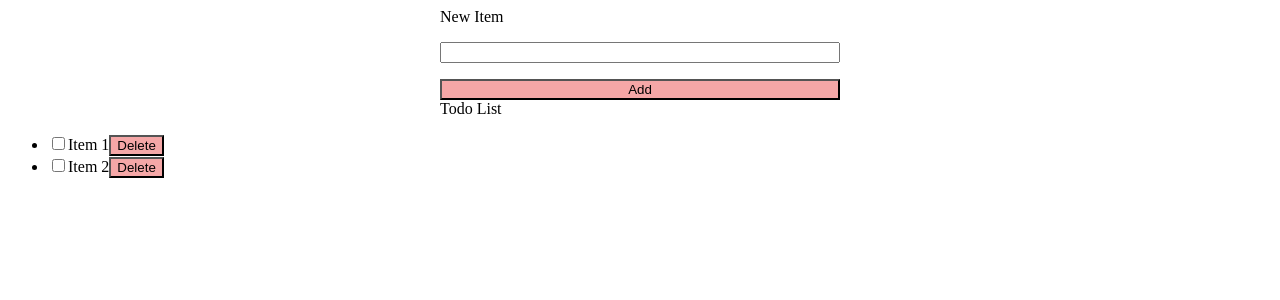
Repository: emmanuel2011-program/react-to-do-list
Page: /
An editor plug-in stored every save of this project. The page is shown before and after the next save, followed by the edit.
The browser window is 1280 px wide. The pictures show the whole page.
The project was rebuilt for these pictures with package versions that can differ from the ones it lists, and the page was loaded fresh each time. Also part of the build but not shown: vite.config.js.

Above is the page before, as saved 2025-11-03 10:03:52.

### index.html
<!doctype html>
<html lang="en">
  <head>
    <meta charset="UTF-8" />
    <link rel="icon" type="image/svg+xml" href="/vite.svg" />
    <meta name="viewport" content="width=device-width, initial-scale=1.0" />
    <title>react-to-do-list</title>
  </head>
  <body>
    <div id="root"></div>
    <script type="module" src="/src/main.jsx"></script>
  </body>
</html>

### src/App.jsx
import "./styles.css"

export default function App() {
  return (
    <>
  <form className="new-item-form">

      <label htmlFor="item">New Item</label>
      <input type="text" id="item" />
    <button className="btn">Add</button>
  </form>
  <hi className="header">Todo List</hi>
  <ul className="list">
    <li>
      <label>
        <input type="checkbox" />
        Item 1
      </label>
      <button className="btn btn-danger">Delete</button>
    </li>
    <li>
      <label>
        <input type="checkbox" />
        Item 2
      </label>
      <button className="btn btn-danger">Delete</button>
    </li>
  </ul>
  </>
)
}

### src/styles.css
/* Align the label above the input */
.new-item-form {
  display: flex;
  flex-direction: column;
  gap: 1rem; /* space between rows if you add more later */
  max-width: 400px;
  margin: 0 auto;
}

.btn {
    background-color: rgb(245, 167, 167);
}

.form-row {
  display: flex;
  flex-direction: column; /* 👈 stacks label above input */
}

.form-row label {
  margin-bottom: 6px;
  font-weight: 600;
  font-size: 0.95rem;
  color: var(--muted);
}

.form-row input {
  padding: 10px 12px;
  font-size: 1rem;
  border-radius: 8px;
  border: 1px solid #334155;
  background-color: #ecedf0;
  color: var(--text);
  outline: none;
  transition: border 0.2s ease, box-shadow 0.2s ease;
}

.form-row input:focus {
  border-color: var(--accent);
  box-shadow: 0 0 6px rgba(125, 211, 252, 0.4);
}
.header {
    display: flex;
  flex-direction: column;
  gap: 1rem; /* space between rows if you add more later */
  max-width: 400px;
  margin: 0 auto;
}

Loaded but not shown: src/main.jsx (common file)

After the next save:
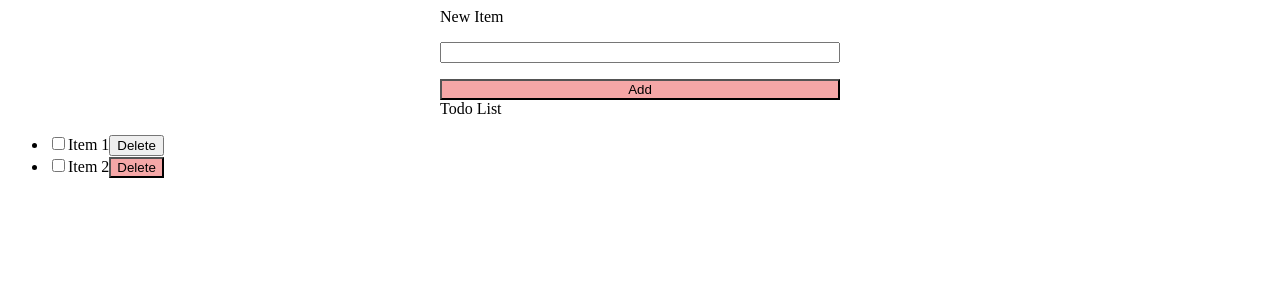
Saved 72 s later.
--- a/src/App.jsx
+++ b/src/App.jsx
@@ -16,7 +16,7 @@ export default function App() {
         <input type="checkbox" />
         Item 1
       </label>
-      <button className="btn btn-danger">Delete</button>
+      <button className="btn-danger">Delete</button>
     </li>
     <li>
       <label>
